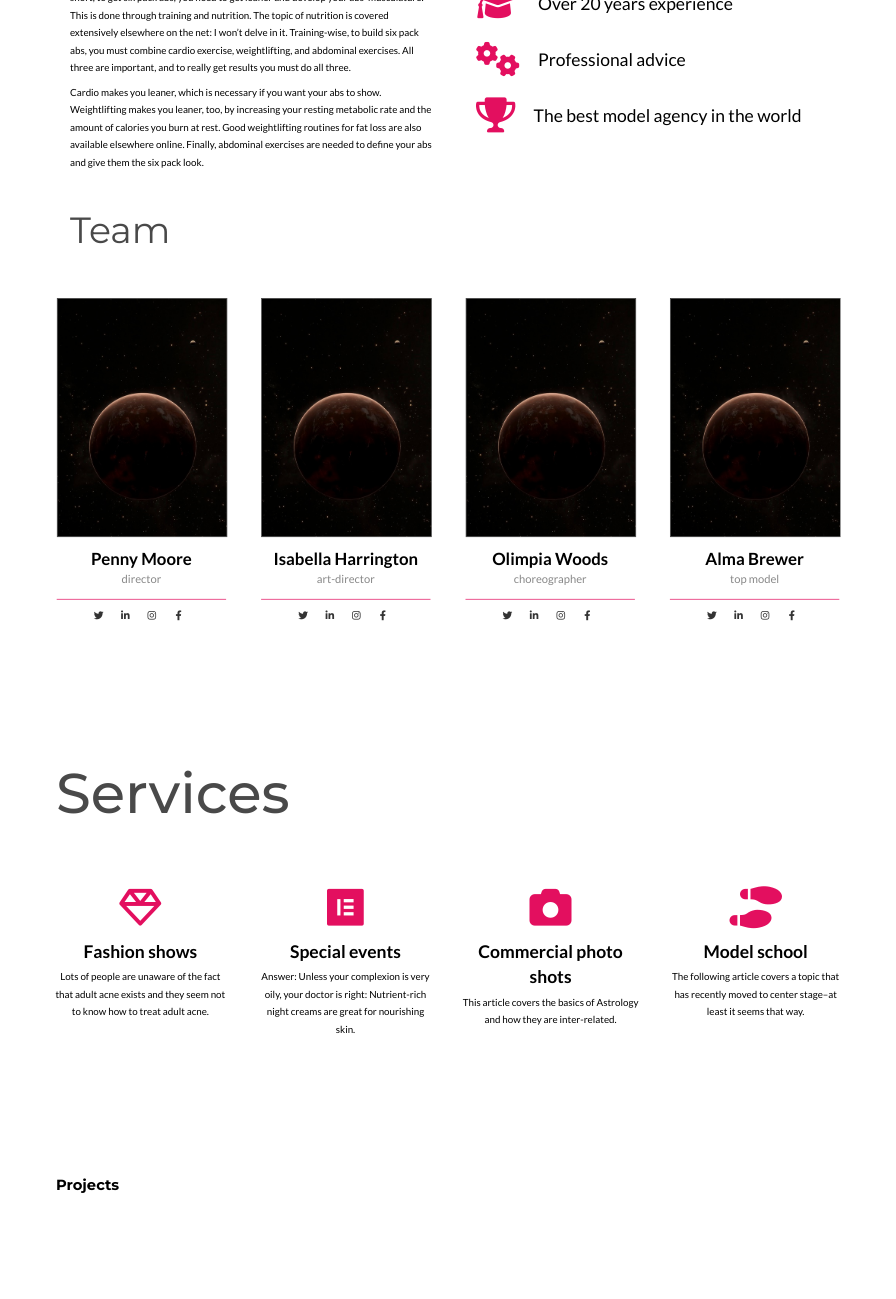
Repository: soniaarefin/cosmo
Page: index.html
The author's editor kept a copy of each file at every save. The page is drawn from the files as they stood at one save, then again after the next save.
The browser window is 1280 px wide. The pictures show the part of the page from y = 1002 to 2922 px (the page is 2857 px tall before and 2922 px after), at 70% of full size.

Above is the page before, as saved 2021-11-09 22:02:50.

After the next save:
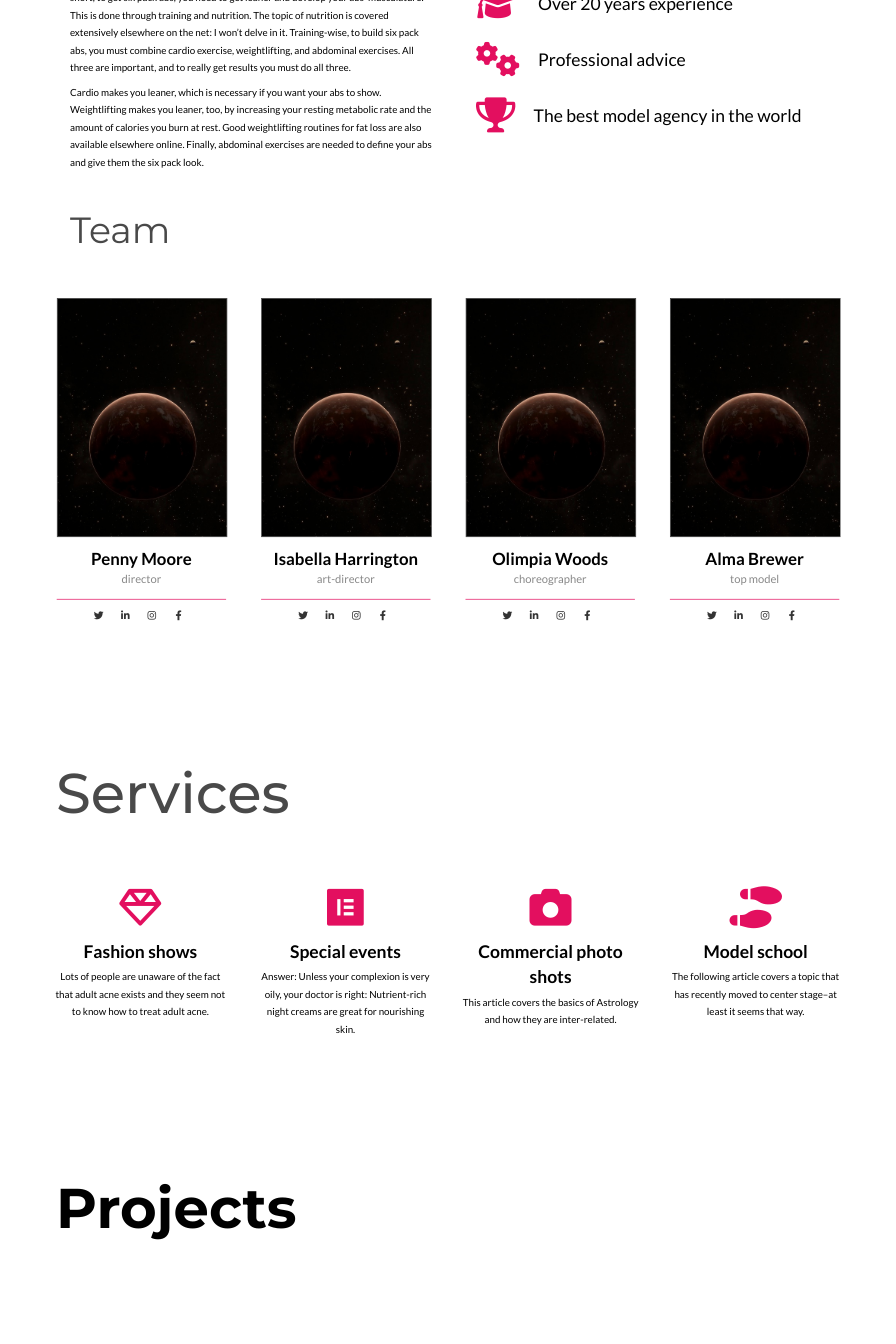
Saved 5 s later.
--- a/index.html
+++ b/index.html
@@ -205,7 +205,7 @@
         <section class="page-section page-section-projects">
             <div class="container">
                 <div class="projects_h1">
-                    <h1 class="">Projects</h1>
+                    <h1 class="h2">Projects</h1>
                 </div>
             </div>
         </section>
